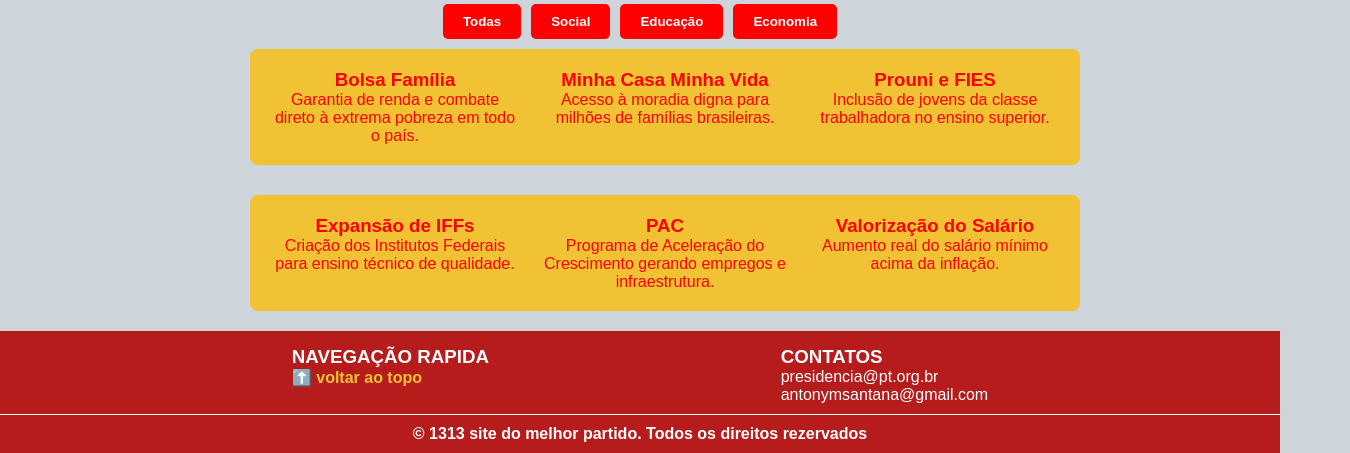
Repository: antonymsantana-design/second.revision
Page: html/html.html
These files come from the project's save history. The page is drawn as it stood at one moment and after the next save; the edit follows.
The browser window is 1280 px wide. The page is 1350 px wide, so the pictures cover 1350 px, including what lies to the right of the window. The pictures show the part of the page from y = 1723 to 2206 px (the page is 2176 px tall before and 2206 px after).

Above is the page before, as saved 2026-09-05 13:06:29.

After the next save:
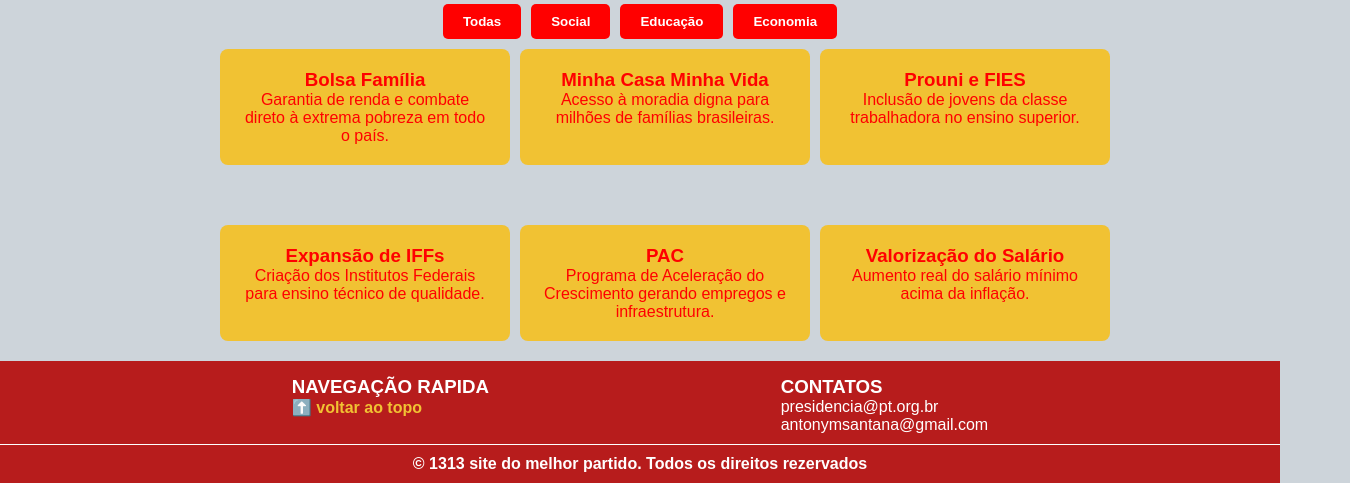
Saved 5 s later.
--- a/css/css.css
+++ b/css/css.css
@@ -371,7 +371,7 @@
     display: grid;
     justify-content: center;
     grid-template-columns: repeat(3, 240px);
-    gap: 30px;
+    gap: 60px;
 }
 
 .card-item.escondido {
